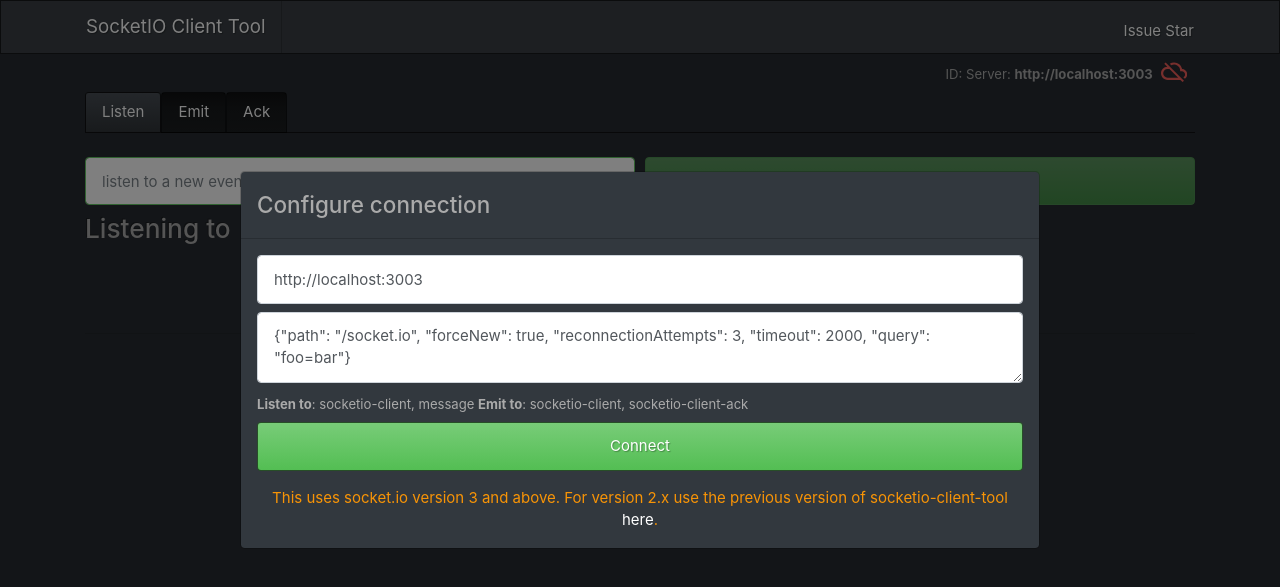
Repository: aadshalshihry/socketio-client-tool
Page: / (app in react-client-tool/)
These files come from the project's save history. The page is drawn as it stood at one moment and after the next save; the edit follows.
The browser window is 1280 px wide. The pictures show the whole page.
Some web libraries are served in a nearby version. The project was rebuilt for these pictures with package versions that can differ from the ones it lists, and the page was loaded fresh each time. Also part of the build but not shown: react-client-tool/src/index.css.

Above is the page before, as saved 2021-06-30 19:59:12.

### react-client-tool/public/index.html
<!DOCTYPE html>
<html lang="en">

<head>
  <meta charset="utf-8" />
  <!-- <link rel="icon" href="%PUBLIC_URL%/favicon.ico" /> -->
  <link rel="shortcut icon" type="image/png" href="favicon.png">
  <meta name="viewport" content="width=device-width, initial-scale=1" />
  <meta name="theme-color" content="#000000" />
  <meta name="description" content="Quickly test you socket.io backend apps" />
  <meta property="og:title" content="Socket.IO Client Tool" />
  <meta property="og:url" content="https://amritb.github.io/socketio-client-tool/" />
  <meta property="og:image" content="https://raw.githubusercontent.com/amritb/socketio-client-tool/master/ss1.png" />

  <title>Socket IO Client Tool</title>

  <link rel="stylesheet" href="https://cdnjs.cloudflare.com/ajax/libs/bootswatch/4.5.3/slate/bootstrap.min.css"
    integrity="sha512-Dfbzfu79H8lYHUElioPvezFPJI+wFlG4uP4tbHlRkrIhlyVzp/8sh2LQ7GmQz1+vIO9J6c/HUK5VfsMFM19piA=="
    crossorigin="anonymous" />
</head>

<body>
  <nav class="mb-1 navbar navbar-expand-sm navbar-dark bg-primary">
    <div class="container">
      <a href="/" class="navbar-brand">SocketIO Client Tool</a>
      <div class="collapse navbar-collapse" id="navbarText">
        <span class="navbar-text ml-auto mr-3 mt-2">
          <!-- Place this tag where you want the button to render. -->
          <a class="github-button" href="https://github.com/amritb/socketio-client-tool/issues"
            data-color-scheme="no-preference: dark; light: dark; dark: dark;" data-icon="octicon-issue-opened"
            aria-label="Issue amritb/socketio-client-tool on GitHub">Issue</a>
          <a class="github-button" href="https://github.com/amritb/socketio-client-tool"
            data-color-scheme="no-preference: dark; light: light; dark: dark;" data-show-count="true"
            aria-label="Star amritb/socketio-client-tool on GitHub">Star</a>
        </span>
      </div>
    </div>
  </nav>
  <noscript>You need to enable JavaScript to run this app.</noscript>
  <div id="root"></div>

  <div class="container my-5 pt-3">
    <div class="row">
      <div class="col">
        <hr />
        <div class="text-center small text-muted">
          <a href="v1/">use previous version (socket.io 2.x and below)</a><br />
          <a href="https://amritbera.com">amritbera.com</a>
        </div>
      </div>
    </div>
  </div>

  <!-- Place this tag in your head or just before your close body tag. -->
  <script async defer src="https://buttons.github.io/buttons.js"></script>

</body>

</html>

### react-client-tool/src/App.jsx
import './App.css';
import Connection from './components/connection.jsx';
import Listen from './components/listen.jsx';
import Emitter from './components/emitter.jsx';
import Ack from './components/ack.jsx';
import { useEffect, useState, useRef } from 'react';
import { io } from 'socket.io-client';
import { Container, Row, Col, Modal, Tabs, Tab } from 'react-bootstrap';
import { MdCloudDone, MdCloudOff } from 'react-icons/md';



function App() {

  const [socket, setSocket] = useState(null);
  const [isReady, setIsReady] = useState(false);

  const isReadyRef = useRef();
  isReadyRef.current = isReady;

  const [connData, setConnData] = useState({
    connected: false,
    loading: false,
    server: 'http://localhost:3003',
    config: '{"path": "/socket.io", "forceNew": true, "reconnectionAttempts": 3, "timeout": 2000, "query": "foo=bar"}',
    errors: []
  });

  const [appConfig, setAppConfig] = useState(0);
  const [eventsToListenFor, setEventsToListenFor] = useState(['socketio-client', 'message']);

  const [listenTo, setListenTo] = useState([]);
  const [emitTo, setEmitTo] = useState(['socketio-client', 'socketio-client-ack']);

  // Storage
  const [emitHistory, setEmitHistory] = useState([]);
  const [listenHistory, setListenHistory] = useState([]);
  const [ackHistory, setAckHistory] = useState([]);

  const createConnection = (url, config) => {
    setConnData(() => {
      return {
        connected: false,
        loading: true,
        socketId: 'connecting..',
        server: url,
        config: config,
        errors: []
      }
    });
    setSocket(() => io(url, JSON.parse(config)));
  }

  useEffect(() => {
    if (socket === null) {
      return;
    }
    socket.on("connect", () => {
      if (isReadyRef.current === true) {
        return;
      }

      setConnData(() => {
        return {
          connected: true,
          loading: false,
          server: connData.url,
          socketId: socket.id,
          config: connData.config,
          errors: []
        }
      });
      addListener(eventsToListenFor);
      setIsReady(() => true);
    });

  });

  useEffect(() => {

  }, [listenTo]);

  function addListener(channels) {
    channels.forEach(channel => {
      const channelsToAdd = [];
      if (!listenTo.includes(channel)) {
        channelsToAdd.push(channel);
        socket.on(channel, (response) => {
          console.log("data received", channel, response);
          const d = new Date();
          const data = {
            key: d.toLocaleString(),
            date: d,
            channel: channel,
            data: typeof response === 'string' ? response : JSON.stringify(response, null, 2),
            dataType: typeof response === 'string' ? 'string' : 'json'
          };
          setListenHistory(i => [data, ...i]);
        });
      }
      setListenTo(items => [...channelsToAdd, ...items]);
    });
  }

  const addEmitTo = (channel) => {
    setEmitTo((items) => [channel, ...items]);
  }

  const emitData = (emitChannel, dataToEmit) => {
    socket.emit(emitChannel, dataToEmit, (ack) => {
      const date = new Date();
      const store = {
        key: date.toUTCString(),
        channel: emitChannel,
        date: date,
        data: ack,
        type: typeof ack === 'string' ? 'string' : 'json'
      }
      setAckHistory(items => [store, ...items]);
    });
    const date = new Date();
    const store = {
      key: date.toUTCString(),
      channel: emitChannel,
      date: date,
      data: dataToEmit,
      type: typeof dataToEmit === 'string' ? 'string' : 'json'
    }
    setEmitHistory(items => [store, ...items]);
  }

  // const histryStackChannelsFilter = (item, channels) => {
  //   return !channels.includes(item.channel);
  // }

  function clearHistory(stack, channels) {
    switch (stack) {
      case 'emit':
        setEmitHistory(() => []);
        break;
      case 'listen':
        setListenHistory(items => items.filter(i => !channels.includes(i.channel)));
        break;
      case 'ack':
        setAckHistory(() => []);
        break;
      default:
        break;
    }
  }

  useEffect(() => {

    function setHash() {
      const hashObj = {
        server: connData.server,
        listen: listenTo,
        emit: emitTo,
        config: connData.config
      };
      window.location.hash = window.btoa(JSON.stringify(hashObj));
    }

    function getHash() {
      return window.location.hash === "" ? false : JSON.parse(window.atob(window.location.hash.split("#")[1]));
    }

    if (connData.connected) {
      setHash();
    } else {
      const d = getHash();

      if (d !== false && appConfig === 0) { // Has hash value on load
        setAppConfig(() => 1);
        if (d.listen.length > 0) {
          setEventsToListenFor(() => d.listen);
        }
        setEmitTo(() => d.emit);
        setConnData(() => {
          return {
            connected: false,
            loading: false,
            server: d.server,
            config: d.config,
            errors: []
          };
        });
      }
    }
  }, [connData.connected, connData.server, connData.config, listenTo, emitTo, appConfig]);

  return (
    <div className="App">
      <Container>
        <Row>
          <Col className="text-right">
            <span className="small">
              ID: <b>{connData.socketId}</b> Server: <b>{connData.server}</b>
            </span>
            {connData.connected ? <MdCloudDone className="text-success ml-3 h3" /> : <MdCloudOff className="text-danger mx-2 h3" />}
          </Col>
        </Row>

        <Row>
          <Col>
            <Tabs defaultActiveKey="listen" className="mb-4 nav-fillx">
              <Tab eventKey="listen" title="Listen">
                <Listen listeners={listenTo} addListener={addListener} listenHistory={listenHistory} clearHistory={clearHistory} stack="listen" />

              </Tab>

              <Tab eventKey="emit" title="Emit">
                <Emitter emitToChannels={emitTo} addEmitTo={addEmitTo} emitData={emitData} emitHistory={emitHistory} clearHistory={clearHistory} stack="emit" />
              </Tab>

              <Tab eventKey="ack" title="Ack">
                <Ack ackHistory={ackHistory} stack="ack" clearHistory={clearHistory} />
              </Tab>

            </Tabs>
          </Col>
        </Row>
      </Container>


      <Modal show={!(connData.connected)} backdrop="static" centered size="lg">

        <Modal.Header>
          <Modal.Title>
            Configure connection
            </Modal.Title>
        </Modal.Header>

        <Modal.Body>
          <Connection eventsToListenFor={eventsToListenFor} emitTo={emitTo} connData={connData} createConnection={createConnection} />
        </Modal.Body>
      </Modal>
    </div >
  );
}

export default App;

### react-client-tool/src/components/connection.jsx
import { useState, useEffect } from 'react';
import { Form, Col, Button, Alert } from 'react-bootstrap';

export default function Connection({ connData, createConnection, eventsToListenFor, emitTo }) {
  const [formValid, setFormValid] = useState([]);
  const [serverUrl, setServerUrl] = useState([]);
  const [config, setConfig] = useState();

  const onFormSubmit = (e) => {
    e.preventDefault();
    e.stopPropagation();

    try {
      JSON.parse(config);
    } catch (e) {
      console.log('cannot parse config json', e);
      setFormValid(() => [e]);
      return;
    }

    setFormValid(() => []);
    createConnection(serverUrl, config);
  }

  useEffect(() => {
    setConfig(() => connData.config);
    setServerUrl(() => connData.server);
  }, [connData]);

  return (
    <>
      <Alert variant="danger" show={(connData.errors).length > 0 || formValid.length > 0}>
        {connData.errors.join(', ')} {formValid.join(', ')}
      </Alert>

      <Form onSubmit={onFormSubmit}>
        <Form.Row className="mb-2">
          <Col>
            <Form.Control required value={serverUrl} placeholder="server url" type="url" onChange={(e) => setServerUrl(e.target.value)} />
          </Col>
        </Form.Row>
        <Form.Row className="mb-2">
          <Col>
            <Form.Control as="textarea" placeholder="JSON config" value={config} onChange={(e) => setConfig(e.target.value)} />
          </Col>
        </Form.Row>
        <Form.Row className="mt-2">
          <Col>
            <Form.Text className="mb-2">
              <strong>Listen to</strong>: {eventsToListenFor.join(', ')} <strong>Emit to</strong>: {emitTo.join(', ')}
            </Form.Text>
            <Button variant="success" type="submit" block disabled={connData.loading}>{connData.loading ? 'Connecting...' : 'Connect'}</Button>
            <div className="mt-3 text-center text-warning">
              This uses socket.io version 3 and above. For version 2.x use the previous version of socketio-client-tool <a href="v1/">here</a>.
            </div>
          </Col>
        </Form.Row>
      </Form>
    </>
  )
}

### react-client-tool/src/components/listen.jsx
import { useState } from "react";
import History from './history.jsx';
import { Form, Button, Col, Alert } from 'react-bootstrap';

export default function Listen({ listeners, addListener, listenHistory, clearHistory }) {

  const [channel, setChannel] = useState('');
  const [formValidation, setFormValidation] = useState([]);

  const getChannelMessages = (channel) => {
    return listenHistory.filter(item => channel === item.channel);
  }

  const listenerBoxes = listeners.map((item, index) => {
    return (
      <History key={index} data={getChannelMessages(item)} title={item} stack="listen" channels={[item]} clearHistory={clearHistory} />
    );
  });

  const onFormSubmit = (e) => {
    e.preventDefault();
    addListener([channel]);
    setChannel('');
  }

  const channelTextBoxChange = e => {
    setChannel(e.target.value.trim());
    setFormValidation(v => []);
    if (listeners.includes(e.target.value)) {
      setFormValidation(v => [...v, 'Event already exists']);
    }
  }

  return (
    <div>
      <div>
        <Alert variant="danger" show={(formValidation).length > 0}>
          {formValidation.join(', ')}
        </Alert>
        <Form onSubmit={onFormSubmit} noValidate validated={formValidation.length === 0}>
          <Form.Row className="mb-2">
            <Col>
              <Form.Control placeholder="listen to a new event..." value={channel} onChange={channelTextBoxChange} />
            </Col>
            <Col>
              <Button variant="success" type="submit" block disabled={formValidation.length !== 0 || channel.length < 1}>Add</Button>
            </Col>
          </Form.Row>
        </Form>
      </div>
      <h3>Listening to</h3>
      {listenerBoxes}
    </div>
  );
}

### react-client-tool/src/components/emitter.jsx
import { useState } from 'react';
import { Form, Col, Button, Alert } from 'react-bootstrap';
import History from './history.jsx';

export default function Emitter({ emitToChannels, addEmitTo, emitData, emitHistory, clearHistory, stack }) {
  const [emitChannel, setEmitChannel] = useState('socketio-client');
  const [emitText, setEmitText] = useState('');
  const [emitDataJson, setEmittDataJson] = useState(false);
  const [newEmitter, setNewEmitter] = useState('');
  const [emitFormErrors, setEmitFormErrors] = useState([]);

  const onEmitDataSubmit = (e) => {
    e.preventDefault();

    let dataToEmit = emitText;

    if (emitDataJson === true) {
      try {
        dataToEmit = JSON.parse(emitText);
      } catch (error) {
        // setEmitFormErrors((items) => [...items, `Failed to parse JSON data: ${error}`]);
        setEmitFormErrors(() => [`Failed to parse JSON data: ${error}`]);
        return;
      }
    }
    setEmitText(() => '');
    setEmitFormErrors(() => []);
    emitData(emitChannel, dataToEmit);
  }

  const onAddEmitterSubmit = (e) => {
    e.preventDefault();
    addEmitTo(newEmitter);
    setNewEmitter('');
    setEmitChannel(() => newEmitter);
  }

  const eventOptions = emitToChannels.map((item) => {
    return (
      <option key={item} value={item}>{item}</option>
    );
  });

  return (
    <div>
      <Form onSubmit={onAddEmitterSubmit} className="mb-3">
        <Form.Row>
          <Col xs={4}>
            <Form.Control size="sm" value={newEmitter} onChange={(e) => setNewEmitter(e.target.value)} placeholder="Event name" />
          </Col>
          <Col xs={2}>
            <Button size="sm" variant="info" type="submit" block>Add</Button>
          </Col>
        </Form.Row>
      </Form>

      <hr />

      <Form onSubmit={onEmitDataSubmit}>
        <Alert variant="danger" show={emitFormErrors.length > 0}>
          {emitFormErrors.join(', ')}
        </Alert>
        <Form.Row className="mb-2">
          <Col>
            <Form.Control as="select" value={emitChannel} onChange={(e) => setEmitChannel(e.target.value)}>
              {eventOptions}
            </Form.Control>
          </Col>
          <Col>
            <Form.Check type="switch" id="is-json" label="JSON data" value={emitDataJson} onChange={(e) => setEmittDataJson(() => e.target.checked)} placeholder="data..." className="pt-3 pl-5" />
          </Col>
        </Form.Row>
        <Form.Row className="mb-2">
          <Col>
            <Form.Control as="textarea" value={emitText} onChange={(e) => setEmitText(e.target.value)} />
          </Col>
        </Form.Row>
        <Form.Row>
          <Col>
            <Button variant="success" type="submit" block>Emit</Button>
          </Col>
        </Form.Row>
      </Form>

      <hr />
      <div className="mt-4">
        <History data={emitHistory} emitBack={emitData} title="Messages" clearHistory={clearHistory} stack={stack} />
      </div>
    </div>
  );
}

### react-client-tool/src/components/ack.jsx
import History from './history.jsx';

export default function Ack({ ackHistory, clearHistory }) {
  return (
    <History data={ackHistory} title="Messages" stack="ack" clearHistory={clearHistory} />
  );
}

### react-client-tool/src/components/history.jsx
import { Button, ListGroup } from 'react-bootstrap'
import { Col, Row, Badge } from 'react-bootstrap';
import { BsTrash } from 'react-icons/bs';

export default function History({ data, title, stack, channels, clearHistory, emitBack }) {
  const emitButtonClick = (e, item) => {
    if (typeof emitBack === 'function') {
      emitBack(item.channel, item.data);
    }
  }

  const items = data.map((item) => {
    return (
      <ListGroup.Item key={item.date.toISOString() + '--' + item.channel}>
        <Row>
          <Col sm={4}>
            <small>{item.date.toLocaleTimeString()}</small> <br /> <Badge variant="info">{item.channel}</Badge>
          </Col>
          <Col>
            <div className="float-right">
              <Button className={typeof emitBack !== 'function' ? 'd-none': ''} size="sm" variant="warning" onClick={e => emitButtonClick(e, item)}>emit</Button>
            </div>
            <pre>{typeof item.data === "string" ? item.data : JSON.stringify(item.data, null, 2)}</pre>
          </Col>
        </Row>
      </ListGroup.Item>
    );
  });

  const clearHistoryClick = (e) => {
    clearHistory(stack, channels);
  }

  return (
    <div>
      <div className="mt-4 histories">
        <h3>
          {title}
          <Button size="sm" onClick={clearHistoryClick} className={items.length > 0 ? "ml-2 " : "d-none" } variant="danger"><BsTrash className="mr-2" />clear</Button>
          </h3>
        <ListGroup variant="flush rounded text-white">
          {items}
        </ListGroup>
      </div>
    </div>
  );
}

Loaded but not shown: react-client-tool/src/index.js (common file); react-client-tool/src/App.css (no stored copy; drawn as an empty file)

After the next save:
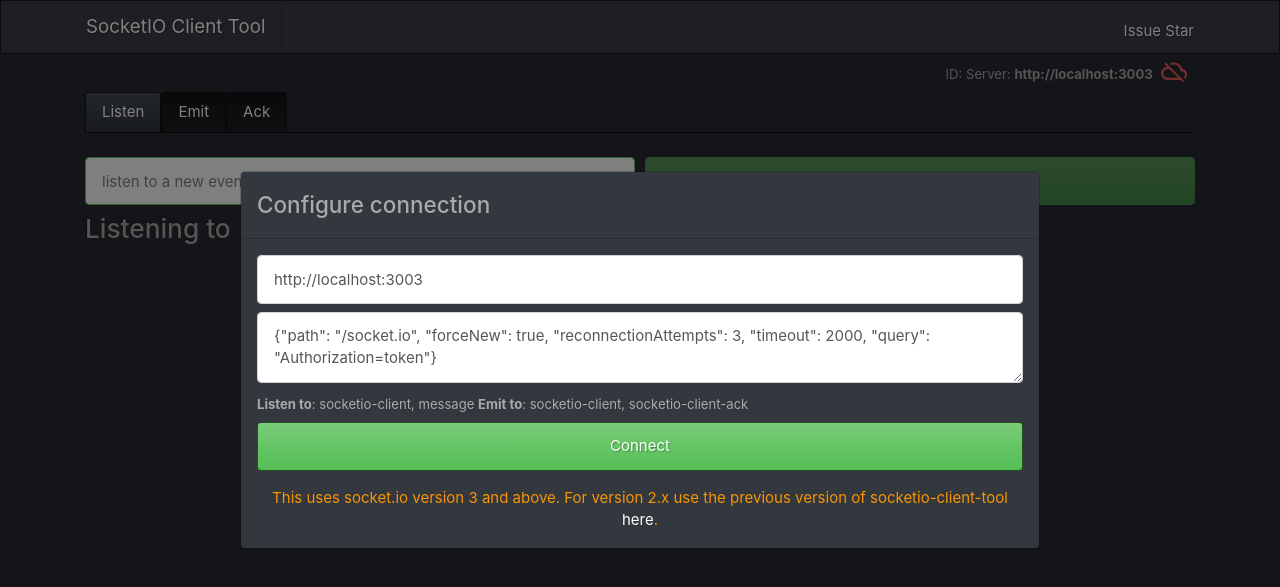
Saved 32 s later.
--- a/react-client-tool/src/App.jsx
+++ b/react-client-tool/src/App.jsx
@@ -22,7 +22,7 @@
     connected: false,
     loading: false,
     server: 'http://localhost:3003',
-    config: '{"path": "/socket.io", "forceNew": true, "reconnectionAttempts": 3, "timeout": 2000, "query": "foo=bar"}',
+    config: '{"path": "/socket.io", "forceNew": true, "reconnectionAttempts": 3, "timeout": 2000, "query": "Authorization=token"}',
     errors: []
   });
 
